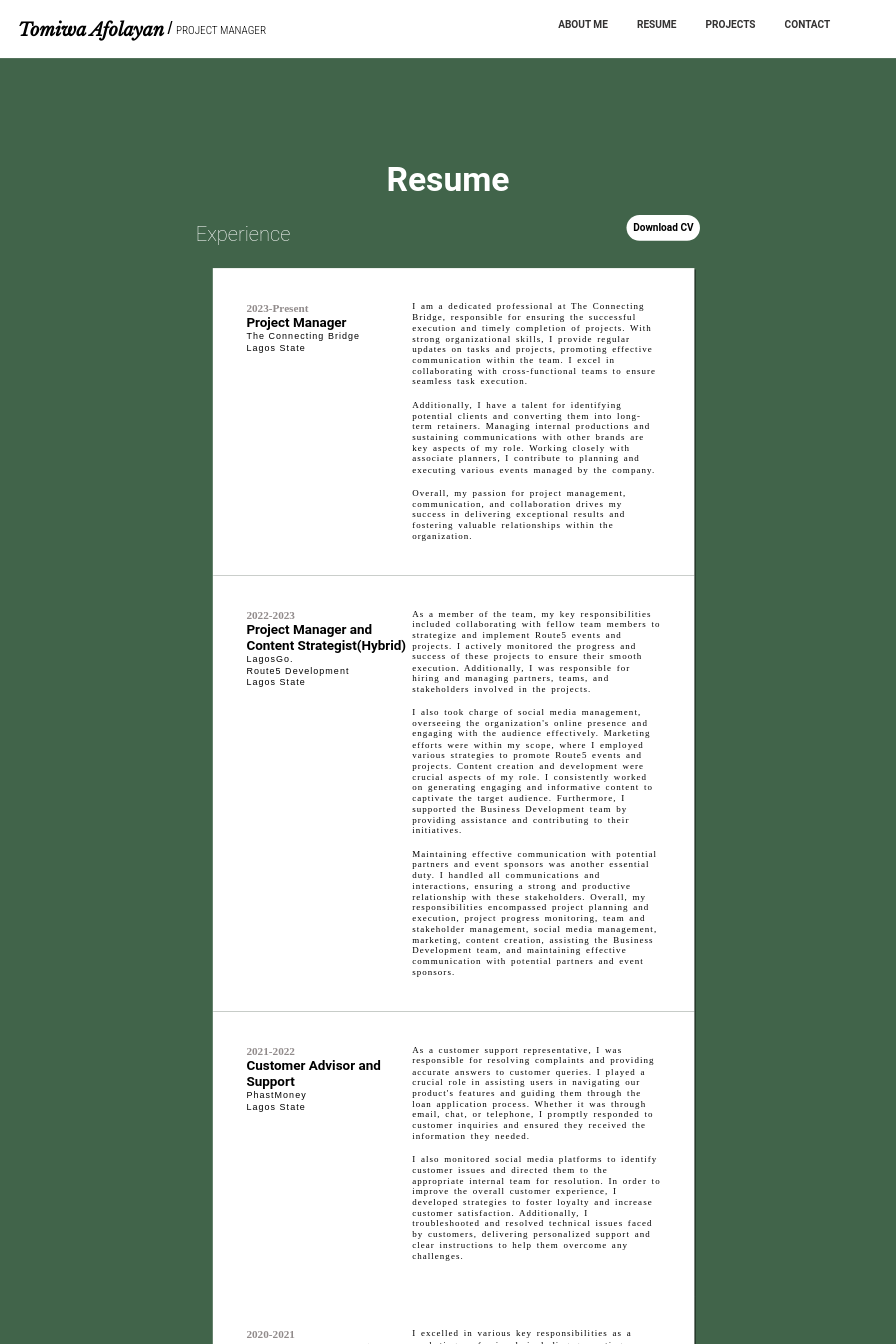
Repository: Nenepo/Tomiwa
Page: resume.html
An editor plug-in stored every save of this project. The page is shown before and after a run of saves, followed by the edit.
The browser window is 1280 px wide. The pictures show the part of the page from y = 0 to 1920 px (the page is 4880 px tall before and 4882 px after), at 70% of full size.
Some web fonts or font styles are not loaded; a fallback is used. Some web libraries are served in a nearby version.

Above is the page before, as saved 2023-07-14 11:04:15.
Console error: TypeError: Cannot read properties of null (reading 'addEventListener')

### resume.html
<html lang="en">
  <head>
    <meta charset="UTF-8" />
    <meta http-equiv="X-UA-Compatible" content="IE=edge" />
    <meta name="viewport" content="width=device-width, initial-scale=1.0" />
    <meta title="" />

    <!-- Description Tag -->
    <meta
      name="description"
      content="I identify the project's goals, objectives, and scope and I also create a project plan that outlines the tasks, timelines, and resources required. Learn more about Tomiwa Afolayan's expertise and achievements in project management."
    />

    <!-- Keywords Tag -->
    <meta
      name="keywords"
      content="project manager, strategic planning, user experience, team leadership, agile methodology, market research, project management,  project planning, risk management"
    />

    <!-- Open Graph (OG) Tags -->
    <meta
      name="og:title"
      content="Tomiwa Afolayan - Project Manager | Agile Methodology | Stakeholder Management"
    />
    <meta
      name="og:description"
      content="Experienced project manager skilled in agile methodology, stakeholder management, and delivering successful projects."
    />
    <meta name="og:image" content="http://example.com/image.jpg" />

    <!-- Twitter Card Tags -->
    <meta
      name="twitter:title"
      content="Tomiwa Afolayan - Project Manager | Agile Methodology | Stakeholder Management"
    />
    <meta
      name="twitter:description"
      content="Experienced project manager skilled in agile methodology, stakeholder management, and delivering successful projects."
    />
    <meta name="twitter:image" content="http://example.com/image.jpg" />
    <link rel="preconnect" href="https://fonts.googleapis.com" />
    <link rel="preconnect" href="https://fonts.gstatic.com" crossorigin />
    <script
      src="https://kit.fontawesome.com/abc87d4716.js"
      crossorigin="anonymous"
    ></script>
    <link
      href="https://fonts.googleapis.com/css2?family=Libre+Baskerville:ital@1&family=Noto+Serif+Georgian:wght@800&family=Roboto+Condensed:wght@300;700&display=swap"
      rel="stylesheet"
    />
    <!-- Title Tag -->
    <title>
      Tomiwa Afolayan - Product Manager | Strategic Planning | User Experience
    </title>
    <link href="styles.css" rel="stylesheet" />
  </head>
  <body>
    <iframe
      class="header-frame"
      src="header.html"
      frameborder="0"
      scrolling="no"
      seamless
    ></iframe>
    <main>
      <section class="container-resume">
        <h2 class="resume">Resume</h2>
        <div class="experience">
          <div class="experience-text"><h3>Experience</h3></div>
          <div class="cv-btn">
            <a class="cv" href="../../cv/TomiwaCV.pdf" download>Download CV</a>
          </div>
        </div>
        <div class="resume-box">
          <div class="resume-box1">
            <div class="details">
              <h4>2023-Present</h4>
              <h3>Project Manager</h3>
              <p>The Connecting Bridge</p>
              <p>Lagos State</p>
            </div>
            <div class="description">
              <p>
                I am a dedicated professional at The Connecting Bridge,
                responsible for ensuring the successful execution and timely
                completion of projects. With strong organizational skills, I
                provide regular updates on tasks and projects, promoting
                effective communication within the team. I excel in
                collaborating with cross-functional teams to ensure seamless
                task execution.
              </p>
              <br />
              <p>
                Additionally, I have a talent for identifying potential clients
                and converting them into long-term retainers. Managing internal
                productions and sustaining communications with other brands are
                key aspects of my role. Working closely with associate planners,
                I contribute to planning and executing various events managed by
                the company.
              </p>
              <br />
              <p>
                Overall, my passion for project management, communication, and
                collaboration drives my success in delivering exceptional
                results and fostering valuable relationships within the
                organization.
              </p>
            </div>
          </div>
          <div class="resume-box1">
            <div class="details">
              <h4>2022-2023</h4>
              <h3>Project Manager and Content Strategist(Hybrid)</h3>
              <p>LagosGo.</p>
              <p>Route5 Development</p>
              <p>Lagos State</p>
            </div>
            <div class="description">
              <p>
                As a member of the team, my key responsibilities included
                collaborating with fellow team members to strategize and
                implement Route5 events and projects. I actively monitored the
                progress and success of these projects to ensure their smooth
                execution. Additionally, I was responsible for hiring and
                managing partners, teams, and stakeholders involved in the
                projects.
              </p>
              <br />
              <p>
                I also took charge of social media management, overseeing the
                organization's online presence and engaging with the audience
                effectively. Marketing efforts were within my scope, where I
                employed various strategies to promote Route5 events and
                projects. Content creation and development were crucial aspects
                of my role. I consistently worked on generating engaging and
                informative content to captivate the target audience.
                Furthermore, I supported the Business Development team by
                providing assistance and contributing to their initiatives.
              </p>
              <br />
              <p>
                Maintaining effective communication with potential partners and
                event sponsors was another essential duty. I handled all
                communications and interactions, ensuring a strong and
                productive relationship with these stakeholders. Overall, my
                responsibilities encompassed project planning and execution,
                project progress monitoring, team and stakeholder management,
                social media management, marketing, content creation, assisting
                the Business Development team, and maintaining effective
                communication with potential partners and event sponsors.
              </p>
            </div>
          </div>
          <div class="resume-box1">
            <div class="details">
              <h4>2021-2022</h4>
              <h3>Customer Advisor and Support</h3>
              <p>PhastMoney</p>
              <p>Lagos State</p>
            </div>
            <div class="description">
              <p>
                As a customer support representative, I was responsible for
                resolving complaints and providing accurate answers to customer
                queries. I played a crucial role in assisting users in
                navigating our product's features and guiding them through the
                loan application process. Whether it was through email, chat, or
                telephone, I promptly responded to customer inquiries and
                ensured they received the information they needed.
              </p>
              <br />
              <p>
                I also monitored social media platforms to identify customer
                issues and directed them to the appropriate internal team for
                resolution. In order to improve the overall customer experience,
                I developed strategies to foster loyalty and increase customer
                satisfaction. Additionally, I troubleshooted and resolved
                technical issues faced by customers, delivering personalized
                support and clear instructions to help them overcome any
                challenges.
              </p>
            </div>
          </div>
          <div class="resume-box1">
            <div class="details">
              <h4>2020-2021</h4>
              <h3>Marketing Manager( Hybrid)</h3>
              <p>The Factory Work</p>
              <p>Abuja</p>
            </div>
            <div class="description">
              <p>
                I excelled in various key responsibilities as a marketing
                professional, including generating marketing leads through
                effective prospecting, developing impactful marketing campaigns
                for products and events, visualizing and maintaining consistent
                branding across various channels, and successfully managing
                event promotions from start to finish.
              </p>
            </div>
          </div>
          <div class="resume-box1">
            <div class="details">
              <h4>2019-2021</h4>
              <h3>Project Manager</h3>
              <p>Playhouse Entertainment</p>
              <p>Ilorin, Kwara State.</p>
            </div>
            <div class="description">
              <p>
                In my role, I was responsible for designing event content,
                identifying and engaging with projects, investors, sponsors,
                partners, and PR contacts, managing relationships with partners
                and stakeholders of the Play house project, supervising team
                activities, negotiating sponsorships and partnerships,
                organizing PR team and board meetings, managing budgets and
                implementing cost-effective plans for projects, and developing
                work plans for team members.
              </p>
            </div>
          </div>
          <div class="resume-box1">
            <div class="details">
              <h4>2019-2020</h4>
              <h3>Special Effects Artist & Welfare</h3>
              <p>Xclusive Filmworks</p>
              <p>Ilorin, Kwara State.</p>
            </div>
            <div class="description">
              <p>
                In my role, I was responsible for producing visually captivating
                effects, convincing illusions, and designs for stage shows,
                films, music concerts, and live performances, enhancing the
                overall visual experience for audiences. I prioritized the
                welfare of team members by ensuring their needs were met and
                taken care of in a timely manner during every meeting and
                production.
              </p>
              <br />
              <p>
                Additionally, I took on the responsibility of overseeing the
                well-being of all cast and crew members on set, creating a safe
                and positive working environment. Moreover, I successfully
                managed monthly budgets and production expenses, implementing
                effective cost control measures to optimize resource allocation.
              </p>
            </div>
          </div>
          <div class="resume-box1">
            <div class="details">
              <h4>2019-2020</h4>
              <h3>Bartender/ Mixologist</h3>
              <p>Zambezi Restaurant and Lounge</p>
              <p>Ilorin, Kwara State.</p>
            </div>
            <div class="description">
              <p>
                I developed and maintained positive relationships with customers
                and business partners, ensuring their satisfaction and fostering
                long-term partnerships. Collaborating closely with team members,
                I effectively coordinated sales efforts to maximize revenue
                generation and deliver exceptional customer service. Reporting
                on a daily basis, I provided management with accurate insights
                on drink sales and inventory.
              </p>
              <br />
              <p>
                Additionally, I showcased my creativity by creating a variety of
                cocktail and mocktail recipes, adding a touch of innovation to
                the menu offerings and enhancing the overall customer
                experience. Lastly, I provided bartending services to customers,
                consistently delivering high-quality service and cultivating a
                welcoming and enjoyable atmosphere.
              </p>
            </div>
          </div>
        </div>
        <div>
          <h3 class="education">Education</h3>
          <div class="resume-box">
            <div class="education-box">
              <div class="education-date">
                <p>2016 - 2021</p>
              </div>
              <div class="education-details">
                <p>University of Ilorin</p>
                <p>(B.A History and International Studies)</p>
              </div>
            </div>
          </div>
        </div>

        <div class="professional-skill">
          <h3>Professional Skillset</h3>
          <div class="resume-box">
            <div class="skills">
              <ul>
                <li>Administration</li>
                <li>Customer Service</li>
                <li>Record Keeping</li>
                <li>Social Media Account Management</li>
                <li>Digital Marketing</li>
                <li>Sales</li>
                <li>Writer</li>
                <li>Report Writing</li>
                <li>Event Planning</li>
                <li>Event host</li>
                <li>Microsoft word</li>
                <li>PowerPoint</li>
                <li>E-mail</li>
                <li>Content writing and development</li>
              </ul>
            </div>
          </div>
        </div>
        <div class="professional-skill">
          <h3>Soft Skills</h3>
          <div class="resume-box">
            <div class="skills">
              <ul>
                <li>Analytical</li>
                <li>Communication</li>
                <li>Internet Search</li>
                <li>Teamwork and Collaboration</li>
                <li>Meticulous</li>
                <li>Planning and Organizing</li>
                <li>Time Management</li>
                <li>Negotiation</li>
                <li>Decision Making</li>
                <li>Resourcefulness</li>
                <li>Problem-Solving</li>
              </ul>
            </div>
          </div>
        </div>
      </section>
    </main>

    <iframe
      class="footer-frame2"
      src="footer.html"
      frameborder="0"
      scrolling="no"
      seamless
    ></iframe>
  </body>
</html>

### header.html
<!DOCTYPE html>
<html lang="en">
  <head>
    <meta charset="UTF-8" />
    <meta http-equiv="X-UA-Compatible" content="IE=edge" />
    <meta name="viewport" content="width=device-width, initial-scale=1.0" />
    <meta title="" />

    <!-- Description Tag -->
    <meta
      name="description"
      content="I identify the project's goals, objectives, and scope and I also create a project plan that outlines the tasks, timelines, and resources required. Learn more about Tomiwa Afolayan's expertise and achievements in project management."
    />

    <!-- Keywords Tag -->
    <meta
      name="keywords"
      content="project manager, strategic planning, user experience, team leadership, agile methodology, market research, project management,  project planning, risk management"
    />

    <!-- Open Graph (OG) Tags -->
    <meta
      name="og:title"
      content="Tomiwa Afolayan - Project Manager | Agile Methodology | Stakeholder Management"
    />
    <meta
      name="og:description"
      content="Experienced project manager skilled in agile methodology, stakeholder management, and delivering successful projects."
    />
    <meta name="og:image" content="http://example.com/image.jpg" />

    <!-- Twitter Card Tags -->
    <meta
      name="twitter:title"
      content="Tomiwa Afolayan - Project Manager | Agile Methodology | Stakeholder Management"
    />
    <meta
      name="twitter:description"
      content="Experienced project manager skilled in agile methodology, stakeholder management, and delivering successful projects."
    />
    <meta name="twitter:image" content="http://example.com/image.jpg" />
    <link rel="preconnect" href="https://fonts.googleapis.com" />
    <link rel="preconnect" href="https://fonts.gstatic.com" crossorigin />
    <script src="https://kit.fontawesome.com/abc87d4716.js" crossorigin="anonymous"></script>
    <link
      href="https://fonts.googleapis.com/css2?family=Libre+Baskerville:ital@1&family=Noto+Serif+Georgian:wght@800&family=Roboto+Condensed:wght@300;700&display=swap"
      rel="stylesheet"
    />

    <!-- Title Tag -->
    <title>
      Tomiwa Afolayan - Product Manager | Strategic Planning | User Experience
    </title>
    <link href="styles.css" rel="stylesheet" />

  </head>
<body>
  <header class="header">
    <!-- Header content goes here -->
    <!-- HAMBURGER -->
    <div class="menu-icon">
      <span class="mdi mdi-view-headline"></span>
      <span class="mdi mdi-close"></span>
    </div>
    <div class="site-header">
      <h5 class="logo">Tomiwa Afolayan</h5>
      <p class="hyphen">/</p>
      <h6 class="tag-line">PROJECT MANAGER</h6>
    </div>
    <div class="nav">
      <ol>
        <li class="list-item">
          <a  href="aboutme.html" target="_blank">ABOUT ME</a>
        </li>
        <li class="list-item">
          <a  href="resume.html" target="_blank">RESUME</a>

        </li>
        <li class="list-item">
          <a  href="projects.html" target="_blank">PROJECTS</a>
        </li>
        <li class="list-item">
          <a href="contact.html" target="_blank">CONTACT</a>
        </li>
      </ol>
    </div>
  </header>
  <script src="script.js">

  </script>
</body>
</html>

### footer.html
<!DOCTYPE html>
<html lang="en">
  <head>
    <meta charset="UTF-8" />
    <meta http-equiv="X-UA-Compatible" content="IE=edge" />
    <meta name="viewport" content="width=device-width, initial-scale=1.0" />
    <meta title="" />

    <!-- Description Tag -->
    <meta
      name="description"
      content="I identify the project's goals, objectives, and scope and I also create a project plan that outlines the tasks, timelines, and resources required. Learn more about Tomiwa Afolayan's expertise and achievements in project management."
    />

    <!-- Keywords Tag -->
    <meta
      name="keywords"
      content="project manager, strategic planning, user experience, team leadership, agile methodology, market research, project management,  project planning, risk management"
    />

    <!-- Open Graph (OG) Tags -->
    <meta
      name="og:title"
      content="Tomiwa Afolayan - Project Manager | Agile Methodology | Stakeholder Management"
    />
    <meta
      name="og:description"
      content="Experienced project manager skilled in agile methodology, stakeholder management, and delivering successful projects."
    />
    <meta name="og:image" content="http://example.com/image.jpg" />

    <!-- Twitter Card Tags -->
    <meta
      name="twitter:title"
      content="Tomiwa Afolayan - Project Manager | Agile Methodology | Stakeholder Management"
    />
    <meta
      name="twitter:description"
      content="Experienced project manager skilled in agile methodology, stakeholder management, and delivering successful projects."
    />
    <meta name="twitter:image" content="http://example.com/image.jpg" />
    <link rel="preconnect" href="https://fonts.googleapis.com" />
    <link rel="preconnect" href="https://fonts.gstatic.com" crossorigin />
    <script src="https://kit.fontawesome.com/abc87d4716.js" crossorigin="anonymous"></script>
    <link
      href="https://fonts.googleapis.com/css2?family=Libre+Baskerville:ital@1&family=Noto+Serif+Georgian:wght@800&family=Roboto+Condensed:wght@300;700&display=swap"
      rel="stylesheet"
    />
    <!-- Title Tag -->
    <title>
      Tomiwa Afolayan - Product Manager | Strategic Planning | User Experience
    </title>
    <link href="styles.css" rel="stylesheet" />
  </head>
<body>

 <footer>
    <!-- Footer content goes here -->

    <p class="copyright">&copy; 2023 by Nafisa Faruna. All rights reserved.</p>
    <div class="footer-end">
      <div class="call">
        <p >Call</p>
        <a href="tel: +9166447557"><i class="fa-solid fa-phone" style="color: #000000;"></i></a>
      </div>
      <div class="write">
        <p >Write</p>
        <a href="mailto:tomiwaafolayan69@gmail.com"><i class="fa-solid fa-envelope" style="color: #000000;"></i></a>
      </div>
      <div class="follow">
        <p >Follow</p>
        <ol>
         <li><a href="https://twitter.com/irregularsam"><i class="fa-brands fa-twitter" style="color: #000000;"></i></a></li>
         <li><a href="https://www.instagram.com/tomiwa__afolayan/"><i class="fa-brands fa-linkedin-in" style="color: #000000;"></i></a></li>
         <li><a href="https://www.linkedin.com/in/tomiwa-afolayan-053242218"><i class="fa-brands fa-instagram" style="color: #000000;"></i></a></li>

        </ol>

       </div>
    </div>
  </footer>

</body>
</html>

Loaded but not shown: script.js (16 lines, source omitted); styles.css (1036 lines, source omitted)

After the next 2 saves:
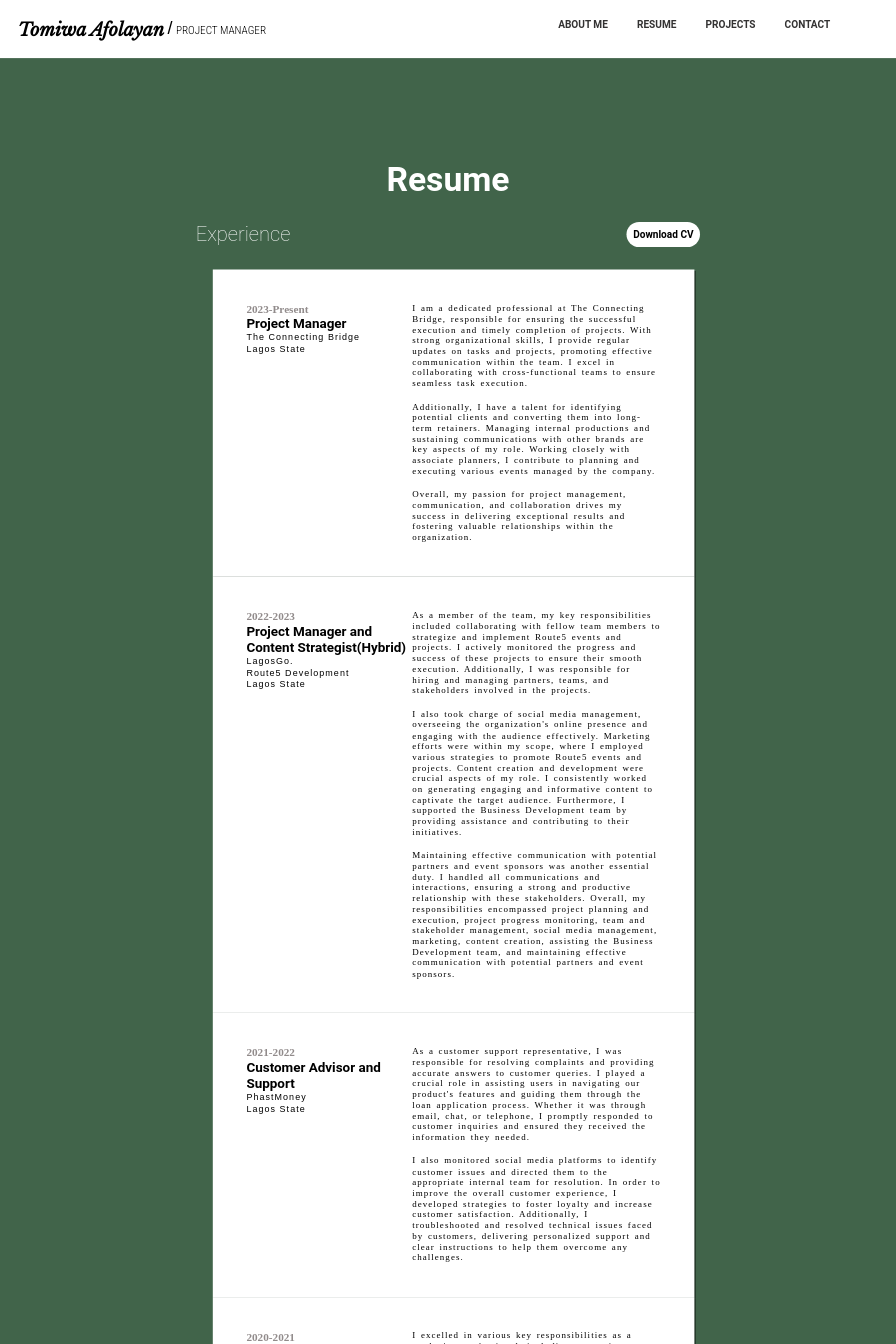
The 2 saves are shown as one change because they came seconds apart.
The last was saved 22 s later.
--- a/resume.html
+++ b/resume.html
@@ -67,9 +67,9 @@
         <h2 class="resume">Resume</h2>
         <div class="experience">
           <div class="experience-text"><h3>Experience</h3></div>
-          <div class="cv-btn">
+
             <a class="cv" href="../../cv/TomiwaCV.pdf" download>Download CV</a>
-          </div>
+
         </div>
         <div class="resume-box">
           <div class="resume-box1">
